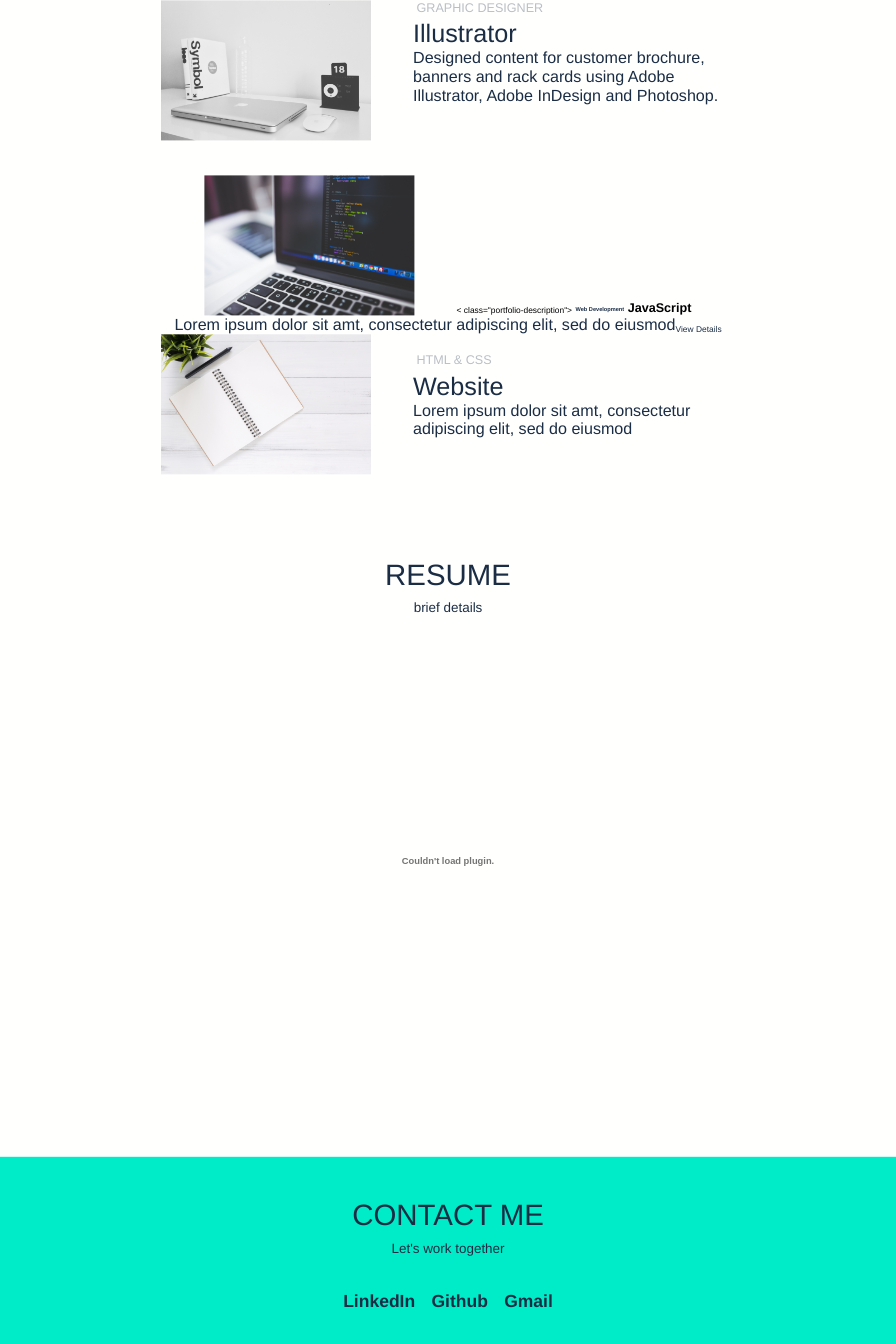
Repository: jb150524/JB-Portfolio
Page: index.html
These files come from the project's save history. The page is drawn as it stood at one moment and after the next save; the edit follows.
The browser window is 1280 px wide. The pictures show the part of the page from y = 2332 to 4252 px (the page is 4453 px tall before and 4476 px after), at 70% of full size.
Some icons come from a web library that is not loaded, so they are not drawn.

Above is the page before, as saved 2021-07-27 23:45:06.

### index.html
<!DOCTYPE html>
<!-- saved from url=(0053)file:///Users/jja/FullStack_HW/juanwebsite/index.html -->

    <html lang="en"><head><meta http-equiv="Content-Type" content="text/html; charset=UTF-8">

    <meta http-equiv="X-UA-Compatible" content="IE=edge">
    <meta name="viewport" content="width=device-width, initial-scale=1.0">

    <!-- CSS style sheet -->
    <link rel="stylesheet" href="style.css">



    <title>Juan's Portfolio</title>
    </head>

    <body>
    <header>
      <nav class="top-nav">
       <ul class="nav-list">
       <li>
       <a href="file:///Users/jja/FullStack_HW/juanwebsite/index.html">Home</a>
       <a href="file:///Users/jja/FullStack_HW/juanwebsite/index.html#about">About</a>
       <a href="file:///Users/jja/FullStack_HW/juanwebsite/index.html#portfolio">Portfolio</a>
       <a href="file:///Users/jja/FullStack_HW/juanwebsite/index.html#resume">Resume</a>
       <a href="file:///Users/jja/FullStack_HW/juanwebsite/index.html#contact">Contact</a>
       </li>
      </ul>
      </nav>

    <div class="main">
      <div class="landing-text">
        <h1>JuanByrne</h1>
        <h6>Graphic Designer and Web Developer</h6>
      </div>
    </div>
    </header>

    <section class="about" id="about">
      <div class="container">
          <a class="about-details">
        <div class="about-heading">
          <h1>About</h1>
          <h6>Myself</h6>
        </div>
        <p>
        I'm a Graphic Designer trying to become a full stack developer. I am from Guadalajara, Mexico. I was born in Mexico, but at a young age I moved to the USA. One of my favorite hobbies is playing competative soccer. Playing soccer has taught me perseverance, how to be a team player, and most importantly how to lose. I currently live in Wayne, Pennsylvania, but have previously lived in Guadalajara, Mexico and Orange County, California. I want to become a web developer because I want to learn a skill that motivates me and pushes me to try new things. I am excited about web developing and want a career that gives me a spark, like I get when I play soccer, with competitiveness, passion, and the belief that I can succeed.
        </p>
          </a>
      </div>
    </section>
      <a class="about-details">
        <section class="experience" id="experience">
            <div class="container">
              <div class="section-heading">
                <h1>Experience</h1>
                <h6>What I can do for you</h6>
              </div>
        <div class="my-skills">
          <div class="skills" ="">
           <div class="icon-container">
            <i class="fas fa-code"></i>
          </div>
            <h1>Graphic Designer</h1>
            <p>
            I'm a Graphic Designer with 2 years of experience working in the advertising industry. Possesses a high degree of competence using programs such as Adobe Photoshop, InDesign, and HTML & CSS.
            </p>
        </div>

        <div class="skills">
          <div class="icon-container">
            <i class="fas fa.codse"></i>
          </div>
            <h1>Web Development</h1>
            <p>
            Learning to become a Web developer and to sharpen my skills. I have a great understanding in Javascript and HTML & CSS.
            </p>
          </div>
        </div>
        </div>
      </section>
    </a>

      <section class="portfolio" id="portfolio"><a class="about-details"></a>
        <div class="container"><a class="about-details">
          <div class="section-heading">
            <h1>Portfolio</h1>
            <h6>View my recent work</h6>
            </a>
            </div>
          </div>
          <div class="portfolio-item"><a class="about-details">
            <div class="portfolio-img has-margin-right">
              <img src="images/desk.jpg" alt="">
            </a>
            </div>
              </a><div class="portfolio-description"><a class="about-details">
              <h6>Graphic Designer</h6>
              <h1>Illustrator</h1>
              <p>
              Designed content for customer brochure, banners and rack cards using Adobe Illustrator, Adobe InDesign and Photoshop.
              </p>
            </a><a href="file:///Users/jja/FullStack_HW/juanwebsite/index.html#" class="cta"> View Details</a>
        </div>
        </div>
        <div>
        <div class="portfolio-item">
          <div class="portfolio-img has-margin-right">
            <img src="images/laptop.jpg" alt="">
            </div>
            < class="portfolio-description">
            <h6>Web Development</h6>
            <h1>JavaScript</h1>
            <p>
            Lorem ipsum dolor sit amt, consectetur adipiscing elit, sed do eiusmod
            </p>
            <a href="file:///Users/jja/FullStack_HW/juanwebsite/index.html#" class="cta"> View Details</a>
            </div>
        </div>
      <div>
          <div class="portfolio-item">
            <div class="portfolio-img has-margin-right">
              <img src="images/notebook.jpg" alt="">
              </div>
              <div class="portfolio-description">
              <h6>HTML & CSS</h6>
              <h1>Website</h1>
              <p>
              Lorem ipsum dolor sit amt, consectetur adipiscing elit, sed do eiusmod
              </p>
              <a href="file:///Users/jja/FullStack_HW/juanwebsite/index.html#" class="cta"> View Details</a>
            </div>
            </div>
            </div>
    </section>

    <section class="resume" id="resume">
      <div class="container">
        <div class="section-heading">
        <h1>Resume</h1>
        <h6>brief details</h6>
        <embed src="JByrne Resume 2021 FINAL.pdf" type="application/pdf" width="100%" height="600px" />
        <!-- <input type="button" value="Download!"> -->
        </div>
        </div>

    <section class="contact" id="contact">
        <div class="container">
          <div class="section-heading">
          <h1>Contact Me</h1>
          <ul>
          <li>
          <h6>Let's work together</h6>
          <a href="file:///Users/jja/FullStack_HW/juanwebsite/www.linkedin.com/in/juan-byrne-43869ab7">LinkedIn</a>
          <a href="https://github.com/jb150524">Github</a>
          <a href="file:///Users/jja/FullStack_HW/juanwebsite/juan1505@gmail.com">Gmail</a>
          </li>
          </ul>
        </div>
       </div>
    </section>

    <footer class="copyright">
      <div class="up" id="up">
       <i class="fas fa-chevron-up"></i>
      </div>
      <p>© 2021 Juan Byrne</p>
    </footer>
  </div>
  </section>

   <!-- adding icons -->
   <script src="https://fontawesome.com/v5.15/icons/code?style=solid" crossorigin="anonymous"></script>

</body>
</html

### style.css
/* Start global*/

* {
    margin: 0;
    padding: 0;
    box-sizing: border-box;
}

html {
    font-size: 12px;
    font-family: Helvetica, sans-serif;
    /* color: rgb(255, 255, 255); */
}

body {
    width: 100%;
    height: 100%;
    background-color: #fffffe;
    background-size: cover;
}

section {
    padding: 60px 0;
}

h6 {
    color: #1b2d45;
    margin: 5px;
}

a {
    text-decoration: none;
    color: #1b2d45;
}

p {
   font-size: 23px;
   font-weight: 300;
   color: #1b2d45;
}



img {
    max-width: 100%;
    height: auto;
}

.main {
    padding: 16px;
    margin-top: 30px;
    height: 1500px; /* Used in this example to enable scrolling */
  }

/* Start reusable*/

.container {
    width: 50%;
    max-width: 120rem;
    height: 100%;
    margin: 0 auto;
    position: relative;
}

.container-details p {
    font-size: 200px;
    padding: 35px;
}

.section-heading {
    text-align: center;
    margin-bottom: 10rem;
}

.section-heading h1 {
    font-family: major mono display, Helvetica, sans-serif;
    font-size: 3.5rem;
    color: #1b2d45;
    text-transform: uppercase;
    font-weight: 300;
    position: relative;
    margin-bottom: 1rem;
}

.section-heading h1::before,
.section-heading h1::after {
    content: "";
    position: absolute;
    bottom: -.5rem;
    left: 50%;
    transform: translateX(-59%);
    background: color #fff8e8;
}

.section-heading h1::before {
    width: 10rem;
    height: 3px;
    border-radius: .8rem;
}

.section-heading h1::after {
    height: 1.5rem;
    border-radius: .100%;
    bottom: 1rem;
}

.section-heading h6 {
    font-size: 1.6rem;
    font-weight: 300;
    margin-bottom: 50px;
}

.has-margin-right {
    margin-right: 5rem;
}
/* End reusable*/

/* Start header*/
header {
    width: 100%;
    height: 100vh;
}

.nav-list {
    z-index: 2;
    top: 0;
    background:#00ebc7;
    overflow: hidden;
    font-size: 35px;
    font-family: major mono display;
    margin: 0;
    padding: 20px;
    position: fixed;
    list-style: none;
    width: 100%;
    display: flex;
    justify-content: center;
    align-items: flex-start;
    text-decoration: none;
}

li {
    margin: 0;
    list-style: none;
}

.nav-link {
    font-family: Arial, Helvetica, sans-serif;
    font-size: 15px;
    padding: 5px;
}

.nav-link:hover,
.nav-ink:focus {
    background: linear-gradient(to top, #5725b3, #9e91e9 );
    -webkit-background-clip: text;
    -webkit-text-fill-color: transparent;

}

.landing-text{
    position: absolute;
    top: 50%;
    left: 50%;
    transform: translate(-50%, -50%);
    width: 100%;
    text-align: center;
    z-index: 1;
}

.landing-text h1 {
    font-size: 150px;
    font-family: major mono display, Helvetica, sans-serif, Helvetica, sans-serif;
    background: linear-gradient(to top, #110202, #000000 );
    -webkit-background-clip: text;
    -webkit-text-fill-color: transparent;
    padding: 1rem;
    user-select: none;

}

.landing-text h6 {
    font-size: 2rem;
    font-weight: 300;
}
/* End header*/

.about .container {
    display: flex;
    align-items: center;
    justify-content: center;
}

.about-heading {
    text-align: center;
    text-transform: uppercase;
    line-height: 10px;
    margin-bottom: 6rem;
}

.about-heading h1 {
    font-size: 10rem;
    opacity: .3;
    font-family: major mono display;
}

.about-heading h6 {
    font-size: 2rem;
    font-weight: 300;
}

/* .about-container p {
   font-size: 50px;
} */

.profile-img {
    max-width: 100%;
    display: inline-block;
}

/* Start services*/

.my-skills {
    display: grid;
    grid-template-columns: repeat(auto-fit, minmax(25rem, 1fr));
    grid-gap: 2.5rem;
    text-align: center;
}

.skills p {
    padding: 15px 5px 5px 5px;
    text-align: left;
}

.skills h1 {
    text-transform: uppercase;
    letter-spacing: 2px;
    margin: 2rem -2px 2rem 0;
}

.icon-container {
    width: 10rem;
    height: 10rem;
    border: 2px solid #1b2d45;
    background-color: #00ebc7;
    margin-bottom: 2rem;
    display: inline-block;
}

.icon-container i {
    color:#1b2d45;
    font-size: 5rem;
    margin: auto;
}
/* End services*/

/* Start portfolio*/

.portfolio-item {
    display: flex;
    align-items: end;
    justify-content: center;
    flex-direction: row;
    flex-wrap: wrap;
    align-content: stretch;
    margin-bottom: 50px;

}
.portfolio-img {
    width: 300px;
    height: 200px;
    background-size: 100%;
}

.portfolio-item:last-child {
    margin: 0;
}

.portfolio-description {
    flex: .5;
    color: #1b2d45;

}

.portfolio-description h1 {
    font-size: 3rem;
    font-weight: 300;
    margin: 1px 0;
    display: contents;
}

.portfolio-description h6 {
    font-size: 1.5rem;
    text-transform: uppercase;
    font-weight: 300;
    opacity: 0.3;
}

.portfolio-description .cta {
    display: inline-block;
    margin-top: 2.5rem;
    font-size: 1.5rem;
    text-transform: uppercase;
    color: #fffffe;
    transition: color 650ms;
}

.portfolio-description .cta:hover {
    color: #2f67cd;
}
/* End portfolio*/


/*Star contact*/

.contact {
    background-color:#00ebc7;
}

.contact a {
    font-weight: bold;
    margin: 10px;
    margin-top: 20px;
    padding: 15px 0;
    text-align: center;
    font-size: 25px;
}

/*End contact*/

/*Star footer*/

.copyright {
    width: 100%;
    text-align: center;
    background-color:#ff5470;
    padding: 2rem 0;
    position: absolute;
    display: block;
}

/* .up {
    position: absolute;
    width: 5rem;
    height: 5rem;
    background-color: burlywood;
    top: -2.5rem;
    right: 5rem;
    border-radius: 100%;
    display: flex;
    animation: pulse 2s infinite;
    cursor: pointer;
}

.up i {
    color: navy;
    font-size: 2rem;
    margin: auto;
} */

.copyright p {
    font-size: 1.4rem;
}
/*End footer*/

/*Start Button animation*/

@keyframes pulse {
    0%{
        box-shadow: 0 0 0 0 rgba(253, 87, 191, 0.99);
    }
    70%{
        box-shadow: 0 0 0 2rem rgba(253, 87, 191, 0);
    }
    100%{
        box-shadow: 0 0 0 0 rgba(253, 87, 191, 0);
    }
}
/*End Button animation*/

/*Start media queries*/

@media screen and (max-width: 768px) {
    body {
        background-color: #fffffe;
        background-size: cover;
    }

    .landing-text h1 {
        font-size: 70px;
    }

    .landing-text h6 {
        font-size: 1.7rem;
    }

    .nav-list {
        font-size: 15px;
    }

    li {
        margin: 2rem 0;
    }

    .nav-ink {
        font-size: 4.5rem;
    }

    .about-heading {
        font-size: 15px;
    }

    .section-heading h1 {
        font-size: 3rem;
    }

    .about-details .nav-list {
        flex-direction: initial;
    }

    .about-details li {
        font-size: 10px;
        margin: 0 2rem;
    }

@media screen and (max-width: 600px) {

    .landing-text h1 {
        font-size: 8rem;
    }

    .landing-text h6 {
        font-size: 1.4rem;
    }

    .nav-link {
        font-size: 3.5rem;
    }

    .profile-img {
        margin-top: 0 0 7rem 0;
    }

    .portfolio-item {
        flex-direction: column;
    }

    .portfolio-img {
        margin: 0 0 2rem 0;
        order: 1;
    }

    .portfolio-description {
        margin: 0;
        order: 2;
    }

    form {
        width: 100%;
    }

    .up {
        right: 2rem;
    }
}
/*End media queries*/

After the next save:
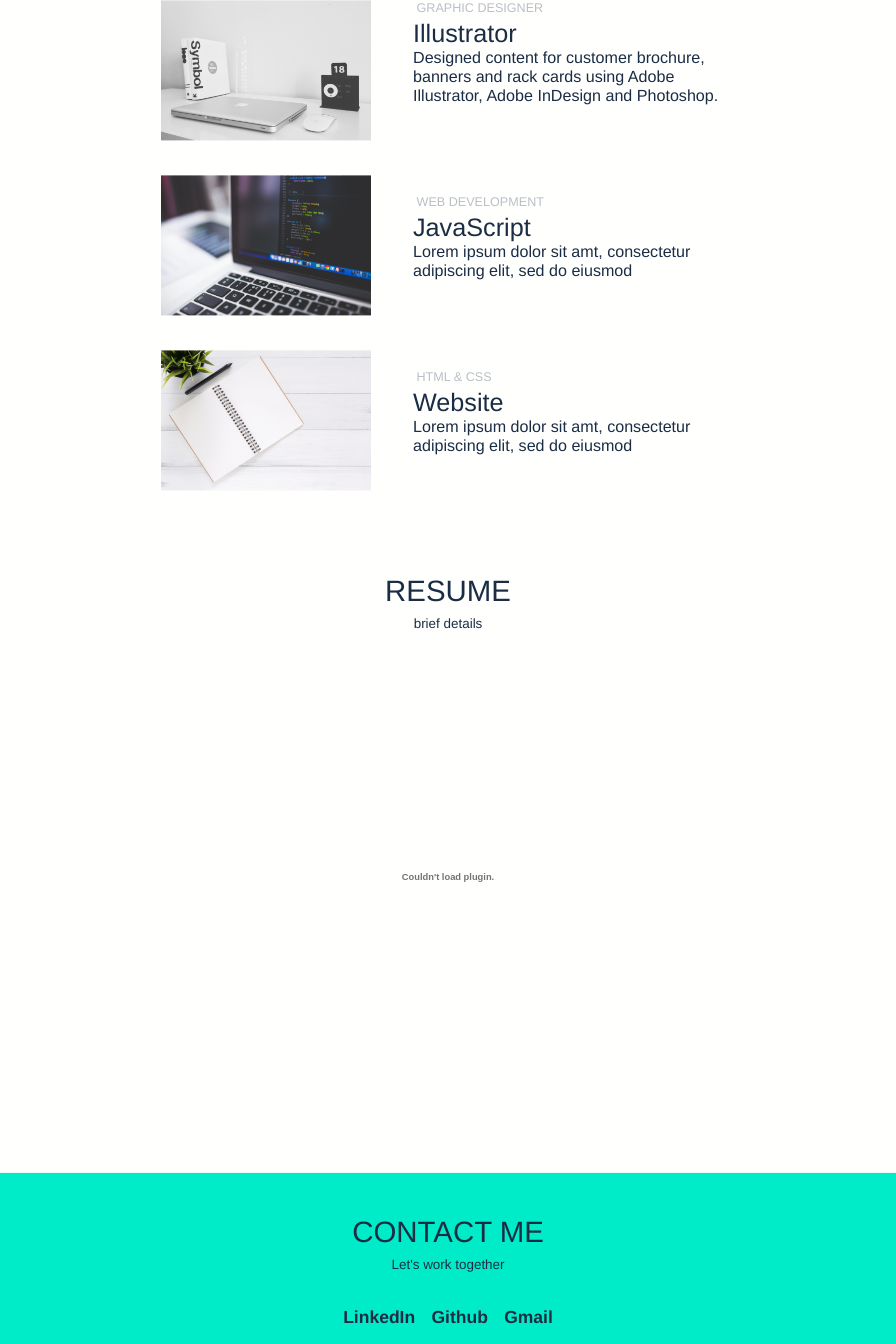
Saved 4 min 18 s later.
--- a/index.html
+++ b/index.html
@@ -104,11 +104,12 @@
         </div>
         </div>
         <div>
-        <div class="portfolio-item">
+
+     <div class="portfolio-item">
           <div class="portfolio-img has-margin-right">
             <img src="images/laptop.jpg" alt="">
             </div>
-            < class="portfolio-description">
+            <div class="portfolio-description">
             <h6>Web Development</h6>
             <h1>JavaScript</h1>
             <p>
